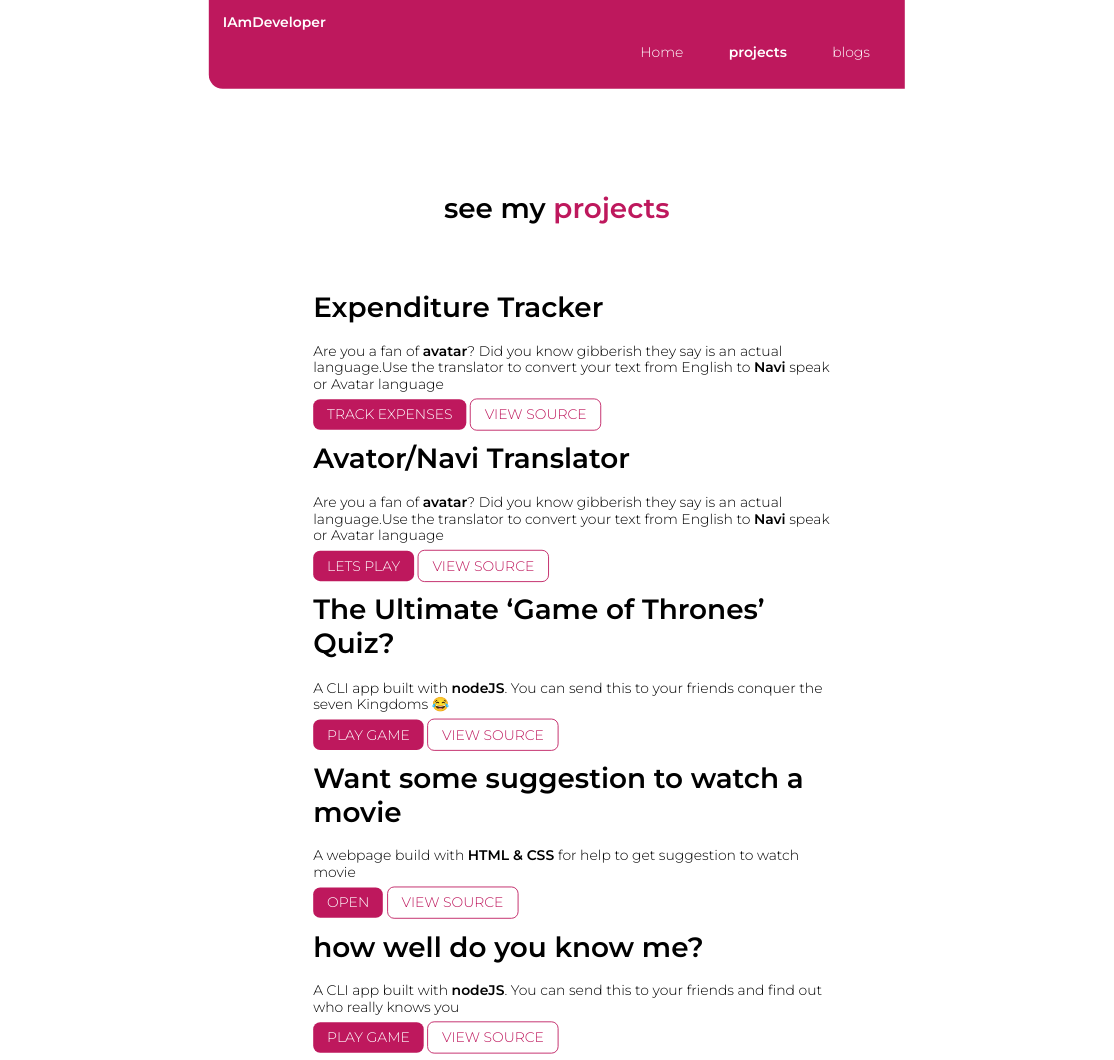
Repository: sohan2503001/Portfolio
Page: projects.html
These files come from the project's save history. The page is drawn as it stood at one moment and after the next save; the edit follows.
The browser window is 1280 px wide. The pictures show the whole page, at 87% of full size.

Above is the page before, as saved 2021-04-21 20:32:36.

After the next save:
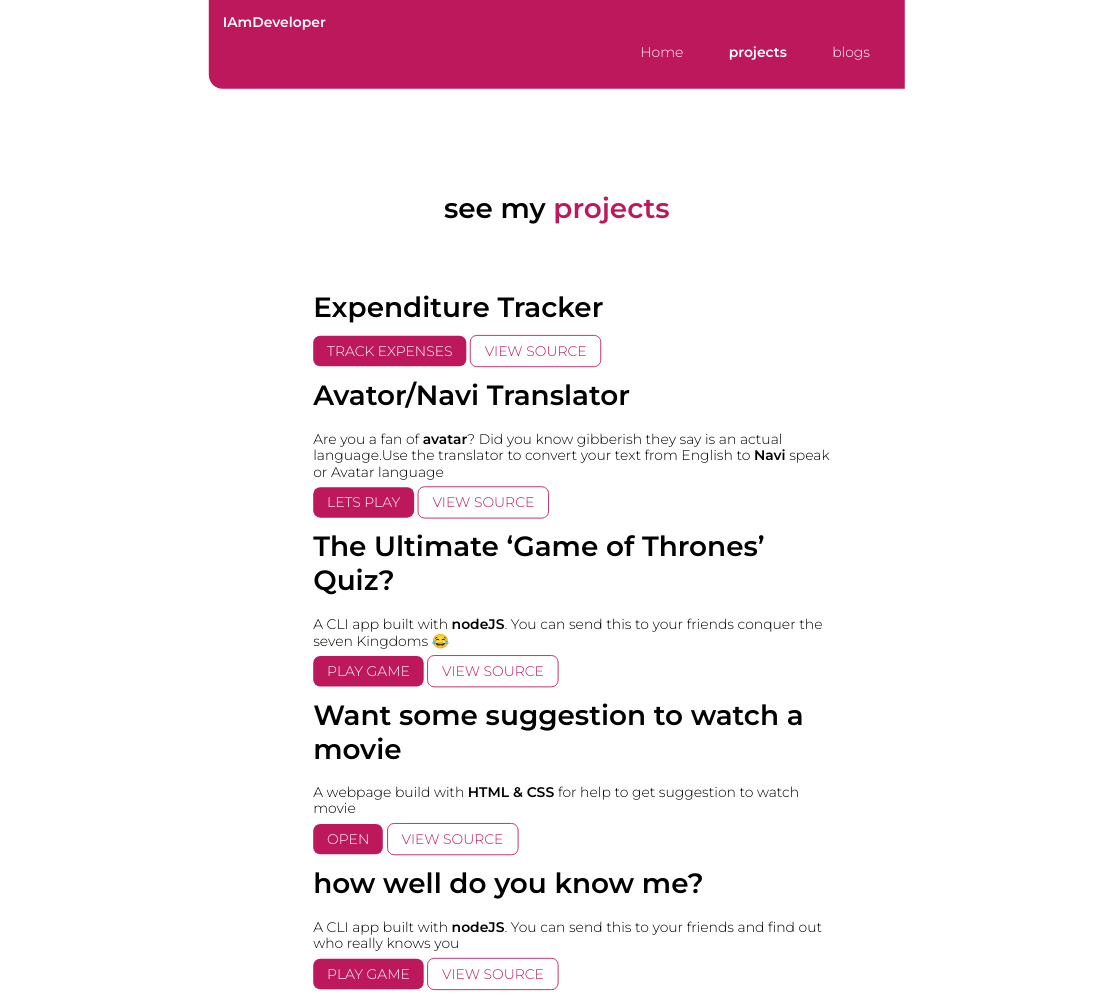
Saved 11 min 10 s later.
--- a/projects.html
+++ b/projects.html
@@ -38,9 +38,7 @@
       <li>
         <h1>Expenditure Tracker</h1>
         <p>
-          Are you a fan of <strong>avatar</strong>? Did you know gibberish they say is an actual
-          language.Use the translator to convert your text from English to <strong>Navi</strong>
-          speak or Avatar language
+
         </p>
 
         <a class="link link-primary" href="https://expenditure-tracker.netlify.app/"
